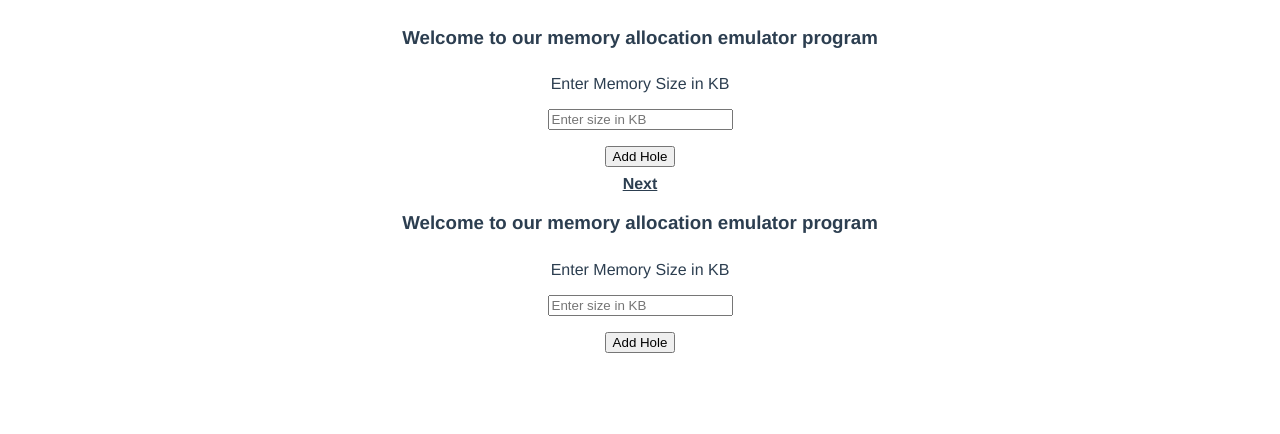
Repository: atout811/memory-allocation-project
Page: /
These files come from the project's save history. The page is drawn as it stood at one moment and after the next save; the edit follows.
The browser window is 1280 px wide. The pictures show the whole page.
The project was rebuilt for these pictures with package versions that can differ from the ones it lists, and the page was loaded fresh each time. Also part of the build but not shown: src/views/Process.vue.

Above is the page before, as saved 2021-06-05 23:57:06.

After the next save:
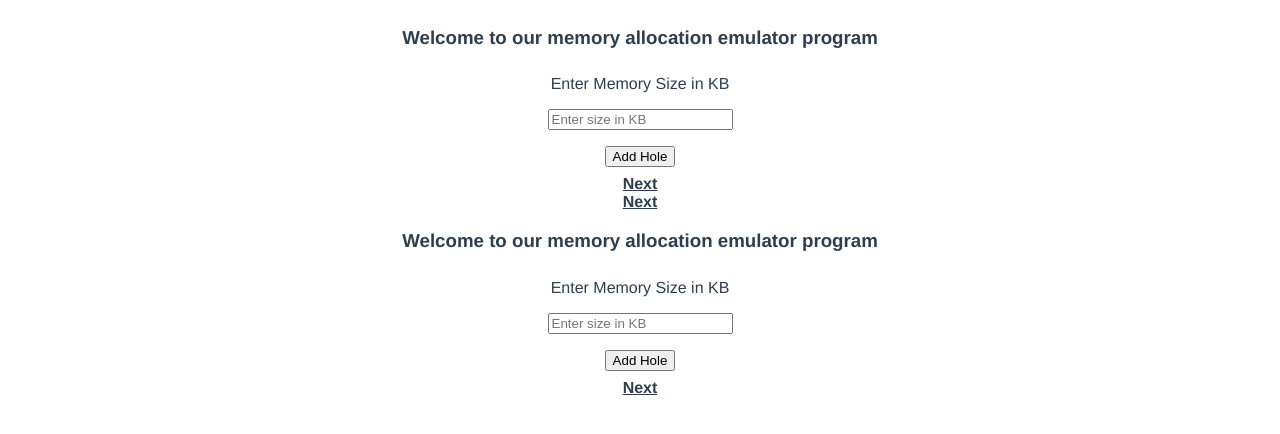
Saved 26 s later.
--- a/src/views/MemoryAndHoles.vue
+++ b/src/views/MemoryAndHoles.vue
@@ -21,6 +21,7 @@
       />
     </div>
   </div>
+  <router-link to="/process">Next</router-link>
 </template>
 <script>
 export default {
